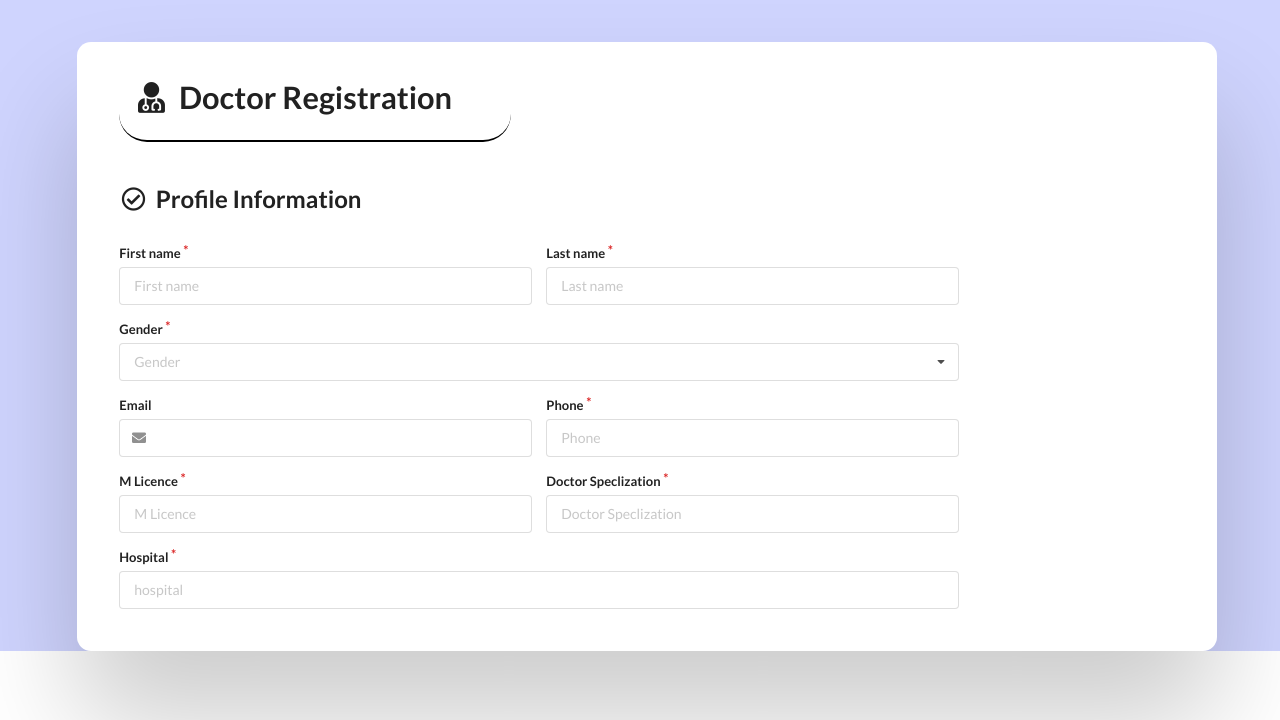
Repository: ajayaj2001/healthcare-digitization
Page: /doctorRegister
These files come from the project's save history. The page is drawn as it stood at one moment and after the next save; the edit follows.
The browser window is 1280 px wide. The pictures show the whole page.
The project was rebuilt for these pictures with package versions that can differ from the ones it lists, and the page was loaded fresh each time. Also part of the build but not shown: src/component/userType/UserType.scss, src/component/userType/UserType.js, src/component/login/Login.scss, src/component/login/loginForm/LoginForm.scss, src/component/login/loginForm/LoginForm.js, src/component/login/Login.js, src/component/register/Register.scss, src/component/register/registerForm/RegisterForm.scss and 2 more.

Above is the page before, as saved 2021-03-13 12:01:06.

### public/index.html
<!DOCTYPE html>
<html lang="en">

<head>
  <meta charset="utf-8" />
  <meta name="viewport" content="width=device-width, initial-scale=1" />
  <meta name="theme-color" content="#000000" />
  <meta name="description" content="Web site created using create-react-app" />
  <link rel="stylesheet" href="https://fonts.googleapis.com/css?family=Roboto:300,400,500,700&display=swap" />
  <link rel="stylesheet" href="https://fonts.googleapis.com/icon?family=Material+Icons" />

  <!--
      manifest.json provides metadata used when your web app is installed on a
      user's mobile device or desktop. See https://developers.google.com/web/fundamentals/web-app-manifest/
    -->
  <!-- <link rel="manifest" href="%PUBLIC_URL%/manifest.json" /> -->
  <!--
      Notice the use of %PUBLIC_URL% in the tags above.
      It will be replaced with the URL of the `public` folder during the build.
      Only files inside the `public` folder can be referenced from the HTML.

      Unlike "/favicon.ico" or "favicon.ico", "%PUBLIC_URL%/favicon.ico" will
      work correctly both with client-side routing and a non-root public URL.
      Learn how to configure a non-root public URL by running `npm run build`.
    -->
  <title>medical</title>
</head>

<body>
  <noscript>You need to enable JavaScript to run this app.</noscript>
  <div id="root"></div>
  <!--
      This HTML file is a template.
      If you open it directly in the browser, you will see an empty page.

      You can add webfonts, meta tags, or analytics to this file.
      The build step will place the bundled scripts into the <body> tag.

      To begin the development, run `npm start` or `yarn start`.
      To create a production bundle, use `npm run build` or `yarn build`.
    -->
</body>

</html>

### src/index.js
import React from 'react';
import ReactDOM from 'react-dom';
import './index.scss';
import App from './component/app/App';
import 'semantic-ui-css/semantic.min.css'


ReactDOM.render(
  // <React.StrictMode>
    <App />
  // </React.StrictMode>
  ,
  document.getElementById('root')
);

### src/index.scss
code {
  font-family: source-code-pro, Menlo, Monaco, Consolas, "Courier New", monospace;
}
@mixin respond($breakpoint) {
  @if $breakpoint == phone {
    @media (max-width: 37.5em) {
      @content;
    }
  }

  @if $breakpoint == tab-land {
    @media (max-width: 75em) {
      @content;
    }
  }
  @if $breakpoint == tab-port {
    @media (max-width: 56.25em) {
      @content;
    }
  }
  @if $breakpoint == big-desktop {
    @media (min-width: 112.5em) {
      @content;
    }
  }
}

*,
*::after,
*::before {
  margin: 0;
  padding: 0;
  box-sizing: inherit;
}
body {
  font-family: "Lato", sans-serif;
  font-weight: 400;
  font-size: 16px;
  line-height: 1.7;
  color: #777;
  //padding: 30px;
  box-sizing: border-box;
  @include respond(tab-port) {
    padding: 0;
  }
}

html {
  font-size: 62.5%; //1rem=10px 10px/16px=62.5%
  @include respond(tab-land) {
    //width <1200
    font-size: 56.25%; //1rem=9px
  }
  @include respond(tab-port) {
    //<width <900
    font-size: 50%; //1rem=8px
  }
  // @include respond(phone) {
  //     //<width<600
  //     font-size: 40%; //1rem=4.8px
  // }
  @include respond(big-desktop) {
    //>1200
    font-size: 75%; //1rem=12
  }
}

### src/component/app/App.js
import './App.scss';

import UserType from "../userType/UserType";
import Login from '../login/Login';
import Register from '../register/Register';
import { BrowserRouter as Router,Route,Switch } from 'react-router-dom';
import DoctorRegister from '../doctorRegister/DoctorRegister';

function App() {
  return (
    <Router>
       <Switch>
          <Route path="/login">
           <Login/>
          </Route>
          <Route path="/register">
           <Register/>
          </Route>
          <Route path="/doctorRegister">
            <DoctorRegister/>
          </Route>
          <Route path="/">
            <UserType/>
          </Route>

        </Switch>
    {/* <div className="App">
    </div> */}
    </Router>
  );
}

export default App;

### src/component/doctorRegister/DoctorRegister.js
import React from 'react'
import './DoctorRegister.scss'
import DoctorRegisterForm from './doctorRegisterForm/DoctorRegisterForm'
import {  Icon } from 'semantic-ui-react'

const DoctorRegister = () => {
    return (
        <div className="doctorRegister__container">
            <div className="doctorRegister__main">
                <h1 className="doctorRegister__heading"><Icon name="user doctor"/> Doctor Registration</h1>
                <div className="doctorRegister__subheading"><h2><Icon name="check circle outline"/> Profile Information</h2></div>
                <DoctorRegisterForm/>
            </div>
        </div>
    )
}

export default DoctorRegister

### src/component/doctorRegister/DoctorRegister.scss
.doctorRegister{
    &__container{
        margin: 0;
        background-color: #cfd4fe;
        height: 100%;
        display: flex;
        justify-content: center;
        align-items: center;
        padding: 3rem 0rem 0rem 1rem;
    }
    &__main{
        background-color: white;
        width: 90%;
        height: 100%;
        border-radius: 1rem;
        align-items: center;
        overflow: hidden;
        box-shadow: 0 5rem 8rem rgba(black, 0.2);
        padding: 1rem 3rem 3rem 3rem;
    }
   &__heading{
       font-size: 2.2rem;
       margin: 0rem 0rem 3rem 0rem;
       padding-left: 1rem;
       line-height: 6rem;
       border-bottom: .2rem solid black;
       width: 28rem;
       border-radius: 2rem;

   }
   &__subheading{
       margin-bottom: 2rem;
   }
}

### src/component/doctorRegister/doctorRegisterForm/DoctorRegisterForm.js
import React from 'react'
import { Icon ,Form} from 'semantic-ui-react'
import './DoctorRegisterForm.scss'

const options = [
    { key: 'm', text: 'Male', value: 'male' },
    { key: 'f', text: 'Female', value: 'female' },
    { key: 'o', text: 'Other', value: 'other' },
  ]

const DoctorRegisterForm = () => {
    return (
        <div className="doctorRegisterForm">
            <Form>
    <Form.Group widths='equal'>

      <Form.Input
      fluid label='First name'
      placeholder='First name'
      required
      />
      <Form.Input
      fluid label='Last name'
      placeholder='Last name'
       required
       />

    </Form.Group>
    <Form.Select label="Gender" options={options} placeholder='Gender'  required/>
    <Form.Group widths='equal'>
      <Form.Input
                        fluid
                        id='form-subcomponent-shorthand-input-last-name'
                        label='Email'
                        icon="mail"
                        iconPosition="left"
                        type="email"
                        // onChange={(event) => setEmail(event.target.value)}
                        // value={email}
                    />
      <Form.Input label='Phone' placeholder='Phone' required/>
    </Form.Group>
    <Form.Group widths='equal'>

      <Form.Input
      fluid label='M Licence'
      placeholder='M Licence'
      required
      />
      <Form.Input
      fluid label='Doctor Speclization'
      placeholder='Doctor Speclization'
       required
       />

    </Form.Group>
    <Form.Input label='Hospital' placeholder='hospital' required/>
  </Form>
        </div>
    )
}

export default DoctorRegisterForm

### src/component/doctorRegister/doctorRegisterForm/DoctorRegisterForm.scss
.doctorRegisterForm{
    &__heading{
        font-size: 1rem;
    }
}

.ui.form{
    width: 60rem;
}

Loaded but not shown: src/component/app/App.scss (no stored copy; drawn as an empty file)

After the next save:
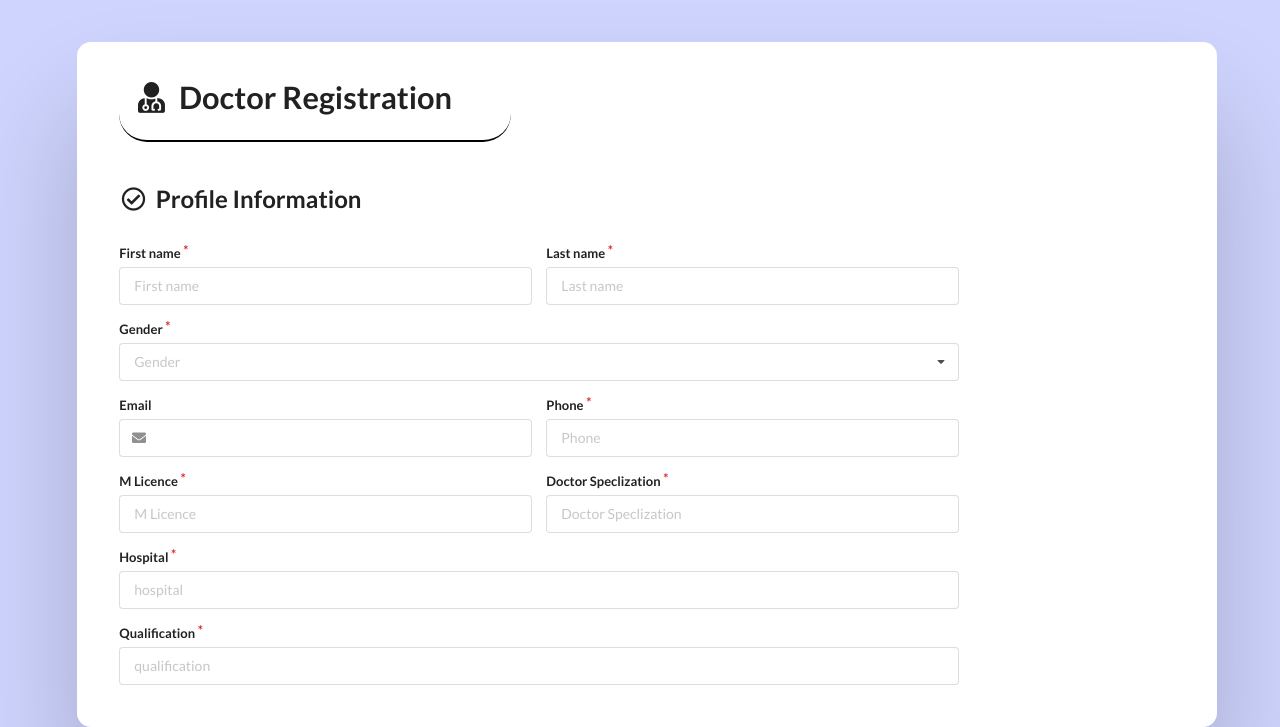
Saved 30 s later.
--- a/src/component/doctorRegister/doctorRegisterForm/DoctorRegisterForm.js
+++ b/src/component/doctorRegister/doctorRegisterForm/DoctorRegisterForm.js
@@ -55,6 +55,7 @@ const DoctorRegisterForm = () => {
 
     </Form.Group>
     <Form.Input label='Hospital' placeholder='hospital' required/>
+    <Form.Input label='Qualification' placeholder='qualification' required/>
   </Form>
         </div>
     )
